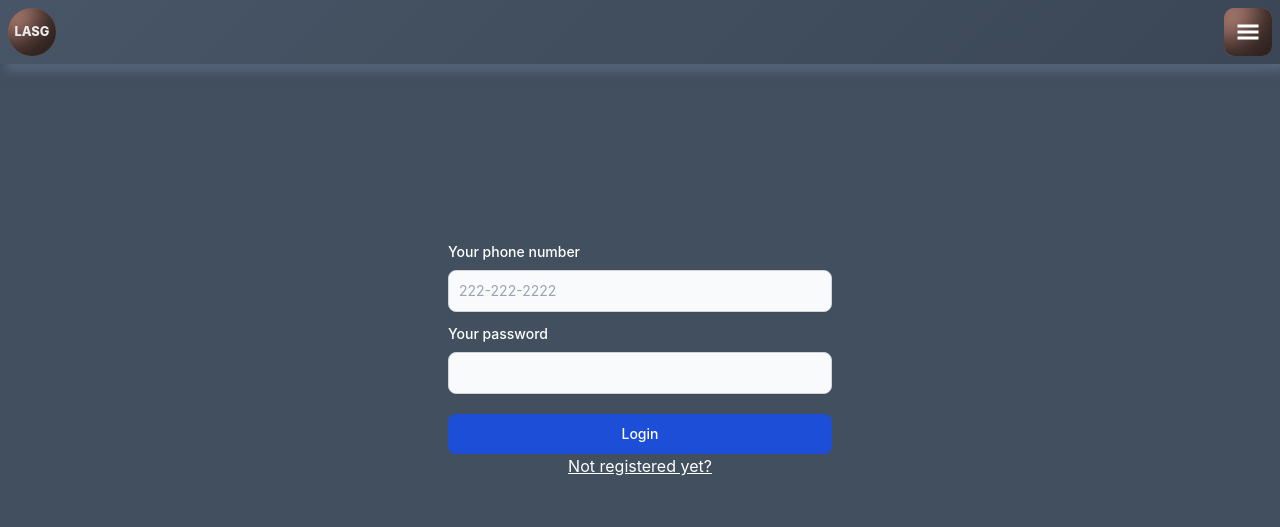
Repository: ShindanoSingi/LA-Swahili-Group
Page: /login (app in client/)
These files come from the project's save history. The page is drawn as it stood at one moment and after the next save; the edit follows.
The browser window is 1280 px wide. The pictures show the whole page.
The project was rebuilt for these pictures with package versions that can differ from the ones it lists, and the page was loaded fresh each time. Also part of the build but not shown: client/src/pages/error/Error.css, client/src/pages/error/Error.js, client/src/pages/home/Home.js, client/src/pages/about/About.js, client/src/pages/contact/Contact.js, client/src/pages/userDashBoard/UserDashBoard.js, client/src/pages/superUsersDashBoard/SuperUsersDashBoard.js.

Above is the page before, as saved 2024-02-11 14:44:55.

After the next save:
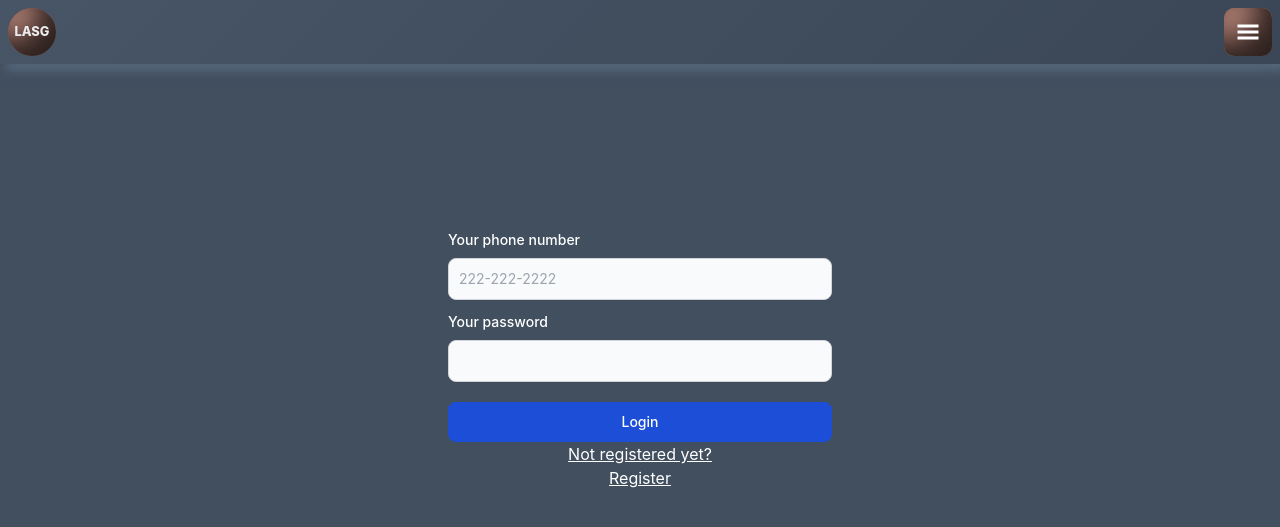
Saved 78 s later.
--- a/client/src/pages/login/Login.js
+++ b/client/src/pages/login/Login.js
@@ -48,11 +48,11 @@ function Login() {
                                     >
                                           Login
                                     </button>
-                                    <p
-                                          className="text-white text-center underline"
-                                    >
-                                          Not registered yet?
-                                    </p>
+                                    <div>
+                                          <p className="text-white text-center underline">Not registered yet?</p>
+                                          <p className="text-white text-center underline">Register</p>
+                                    </div>
+
                               </div>
                         </form>
                   </div>
